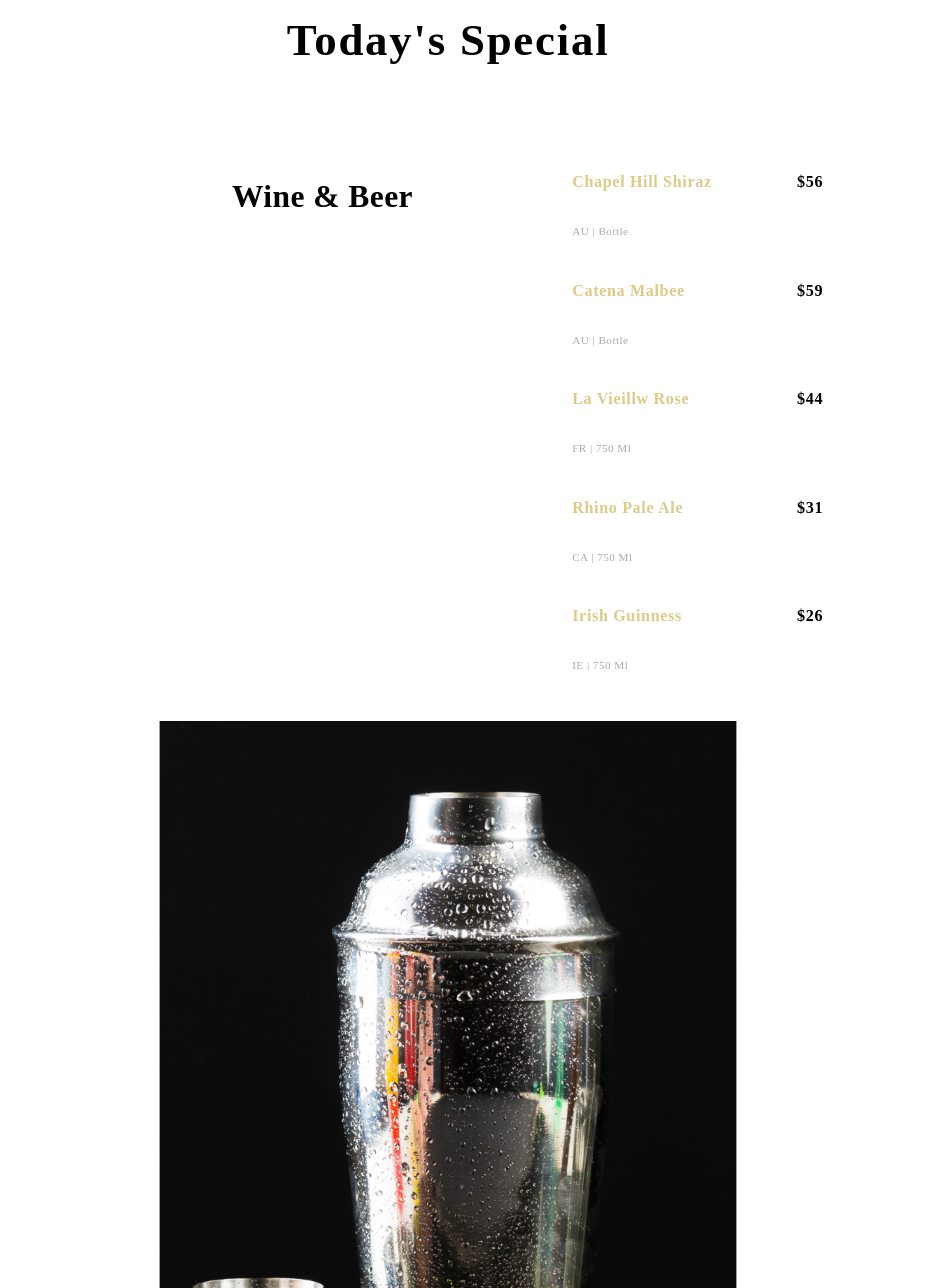
Repository: remydev47/restaurant
Page: /
The author's editor kept a copy of each file at every save. The page is drawn from the files as they stood at one save, then again after the next save.
The browser window is 1280 px wide. The page is 1336 px wide, so the pictures cover 1336 px, including what lies to the right of the window. The pictures show the part of the page from y = 2573 to 4413 px (the page is 6020 px tall before and 5613 px after), at 70% of full size.
Backgrounds fixed to the window are drawn as part of the page. The project was rebuilt for these pictures with package versions that can differ from the ones it lists, and the page was loaded fresh each time. Also part of the build but not shown: src/container/Chef/Chef.css, src/components/Footer/Newsletter.jsx, src/components/Footer/FooterOverlay.jsx. Imported but missing from the stored project, and not drawn on this page: src/assets/meal.mp4.

Above is the page before, as saved 2022-03-16 17:12:04.

After the next save:
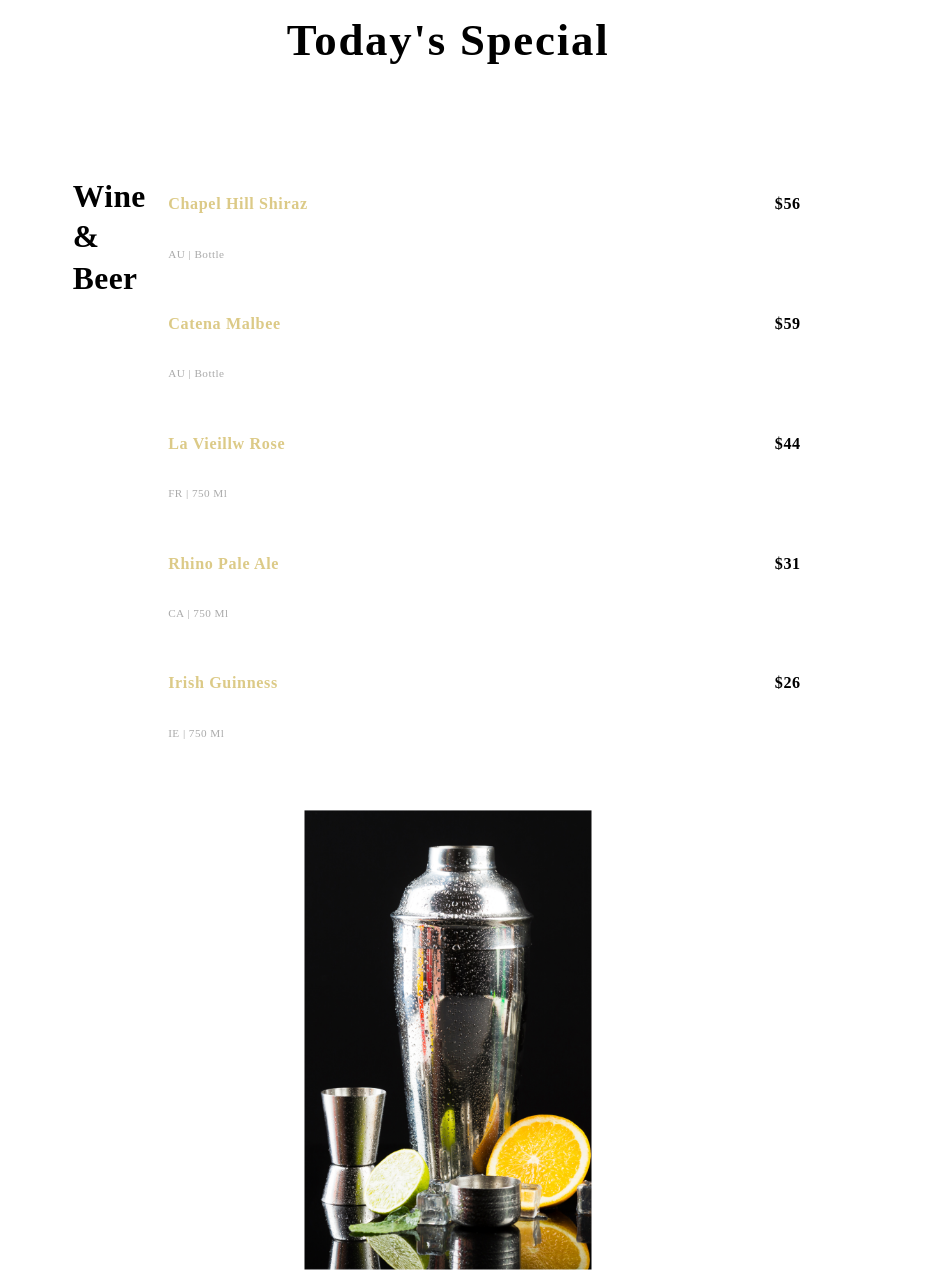
Saved 4 min 37 s later.
--- a/src/container/Menu/SpecialMenu.css
+++ b/src/container/Menu/SpecialMenu.css
@@ -33,3 +33,21 @@ flex: 1;
 width: 100%;
 flex-direction: column;
 }
+
+.app__specialMenu-menu_img {
+    width:410px;
+    margin: 0 2rem;
+}
+
+.app__specialMenu-menu_img img {
+    width: 100%;
+    height: auto;
+}
+
+.app__specialMenu_menu_items {
+    display: flex;
+    flex-direction: column;
+
+    margin: 2rem;
+    width: 100%;
+}
